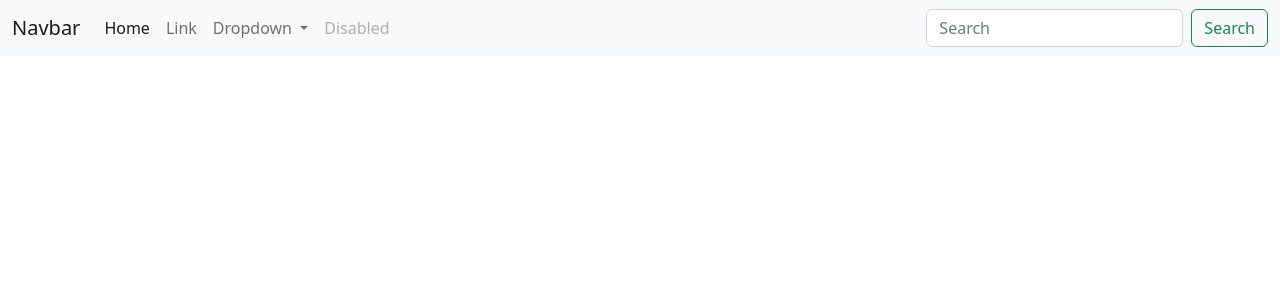
Repository: yeonddu/green_js
Page: pro01/testys/drop-down.html
These files come from the project's save history. The page is drawn as it stood at one moment and after the next save; the edit follows.
The browser window is 1280 px wide. The pictures show the whole page.

Above is the page before, as saved 2022-12-23 06:16:25.

After the next save:
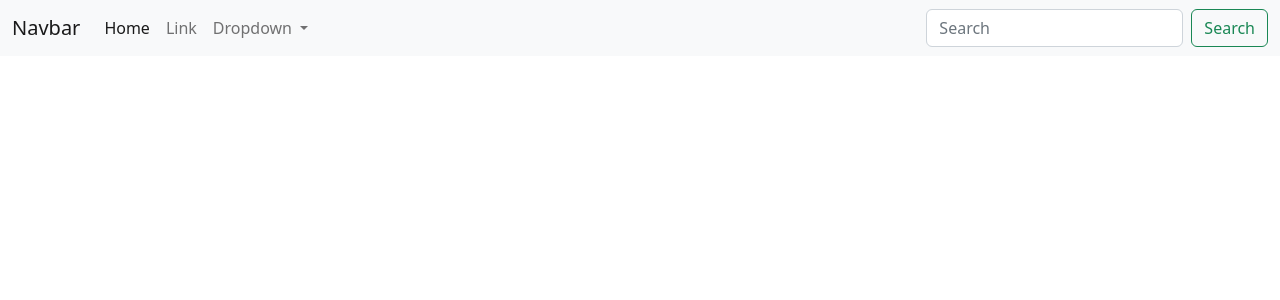
Saved 10 s later.
--- a/pro01/testys/drop-down.html
+++ b/pro01/testys/drop-down.html
@@ -35,9 +35,6 @@
             <li><a class="dropdown-item" href="#">Something else here</a></li>
           </ul>
         </li>
-        <li class="nav-item">
-          <a class="nav-link disabled">Disabled</a>
-        </li>
       </ul>
       <form class="d-flex" role="search">
         <input class="form-control me-2" type="search" placeholder="Search" aria-label="Search">
